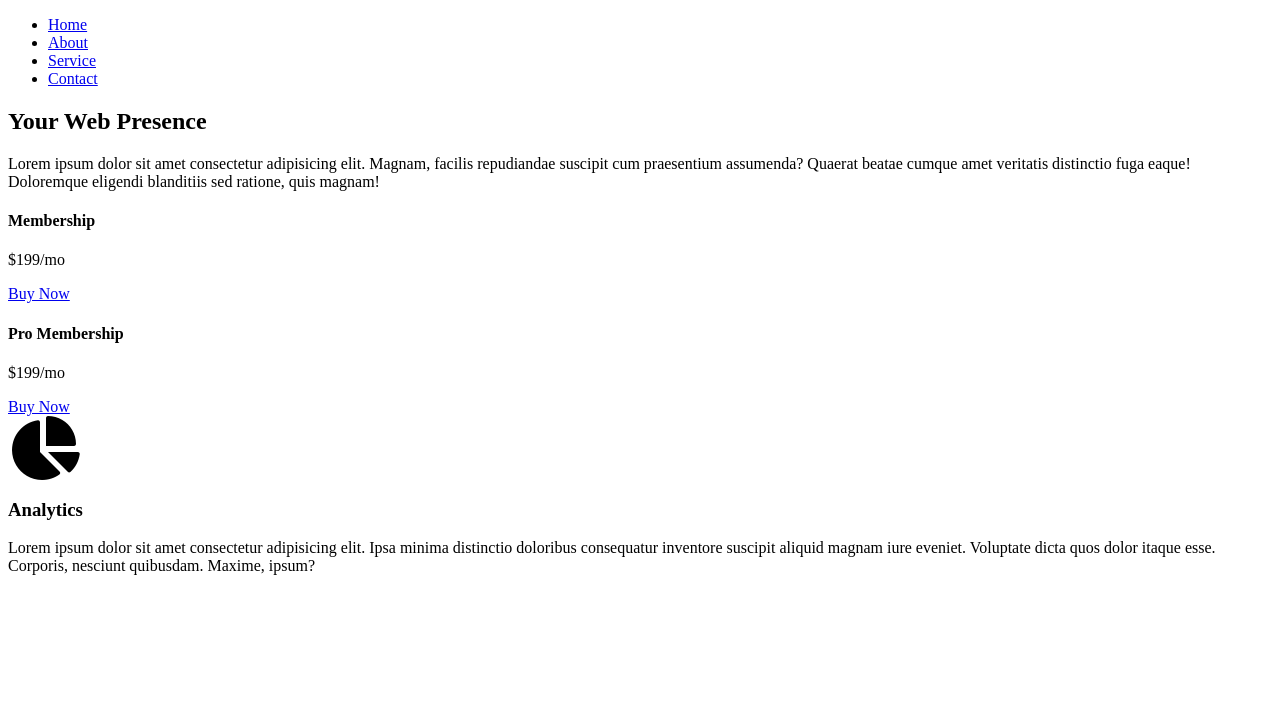
Repository: 1813404040072/grid-demo
Page: index.html
These files come from the project's save history. The page is drawn as it stood at one moment and after the next save; the edit follows.
The browser window is 1280 px wide. The pictures show the whole page.
Some web libraries are served in a nearby version.

Above is the page before, as saved 2019-12-24 23:00:18.

After the next save:
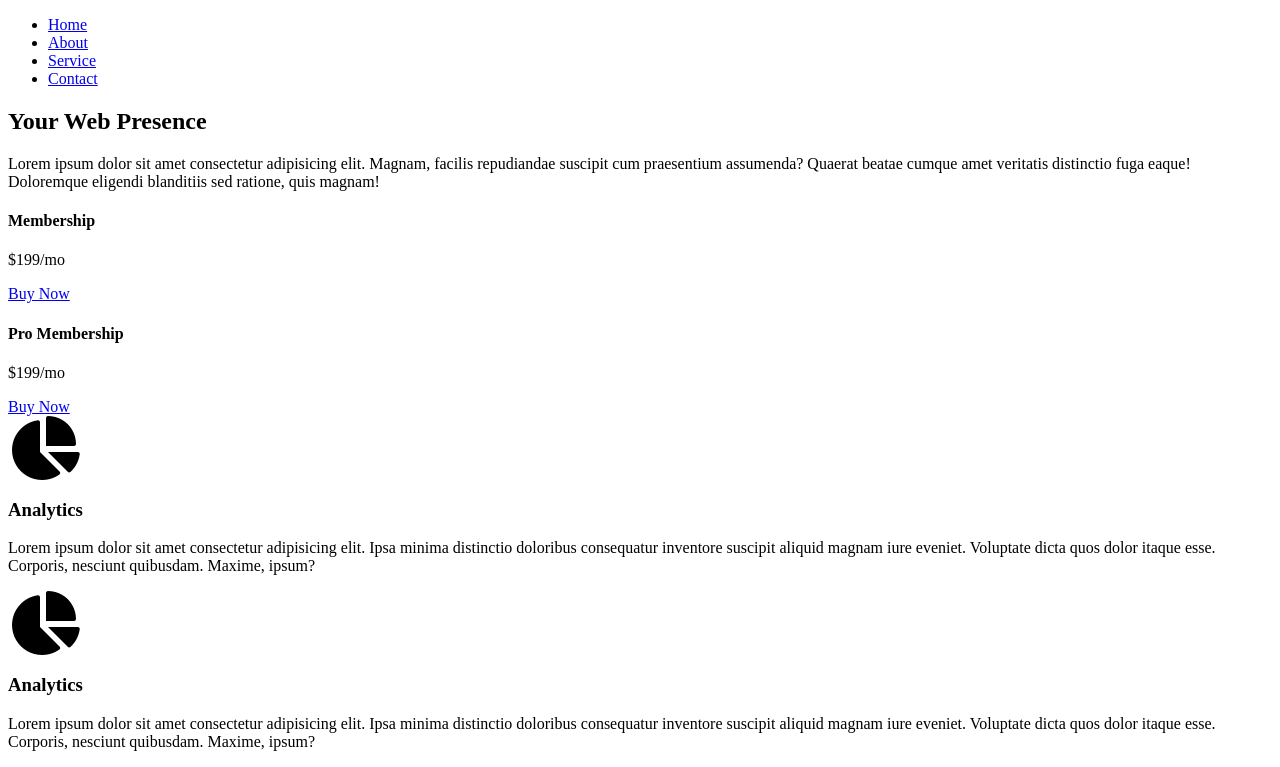
Saved 15 s later.
--- a/index.html
+++ b/index.html
@@ -47,6 +47,13 @@
                     Lorem ipsum dolor sit amet consectetur adipisicing elit. Ipsa minima distinctio doloribus consequatur inventore suscipit aliquid magnam iure eveniet. Voluptate dicta quos dolor itaque esse. Corporis, nesciunt quibusdam. Maxime, ipsum?
                 </p>
             </div>
+            <div class="box">
+                <i class="fas fa-chart-pie fa-4x"></i>
+                <h3>Analytics</h3>
+                <p>
+                    Lorem ipsum dolor sit amet consectetur adipisicing elit. Ipsa minima distinctio doloribus consequatur inventore suscipit aliquid magnam iure eveniet. Voluptate dicta quos dolor itaque esse. Corporis, nesciunt quibusdam. Maxime, ipsum?
+                </p>
+            </div>
         </section>
     </div>
     <!-- wrapper Ends -->
